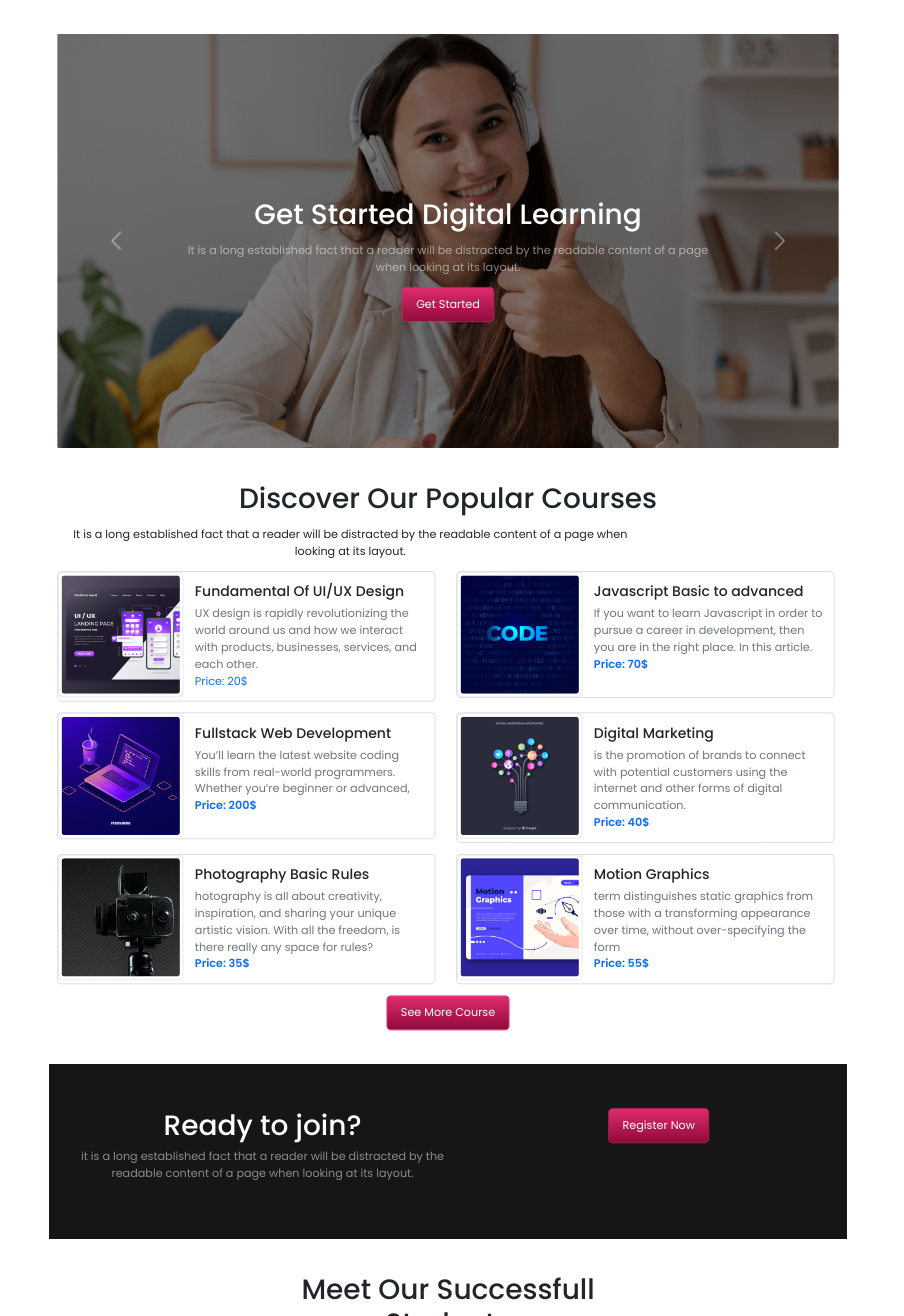
Repository: mdrubel02/Guru-Developer
Page: index.html
An editor plug-in stored every save of this project. The page is shown before and after the next save, followed by the edit.
The browser window is 1280 px wide. The page is 1292 px wide, so the pictures cover 1292 px, including what lies to the right of the window. The pictures show the part of the page from y = 0 to 1880 px (the page is 3392 px tall), at 70% of full size.
Some web libraries are served in a nearby version.

Above is the page before, as saved 2022-07-28 14:02:26.

After the next save:
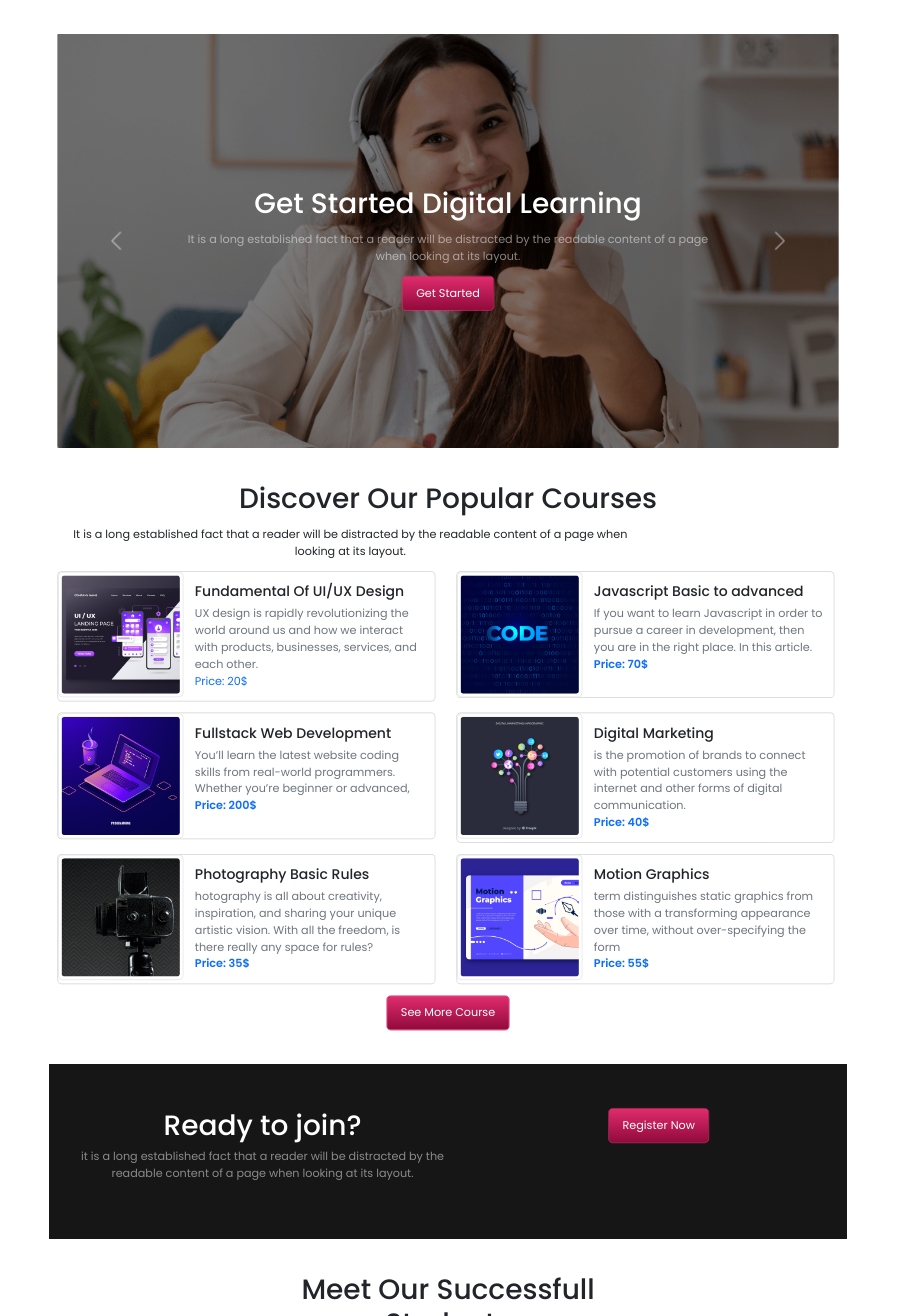
Saved 25 s later.
--- a/style.css
+++ b/style.css
@@ -75,7 +75,7 @@
     opacity: .5;
 }
 .slider_caption{
-   padding-bottom: 10rem;
+   padding-bottom: 11rem;
 }
 
 /* ========FOOTER STYLE======= */
